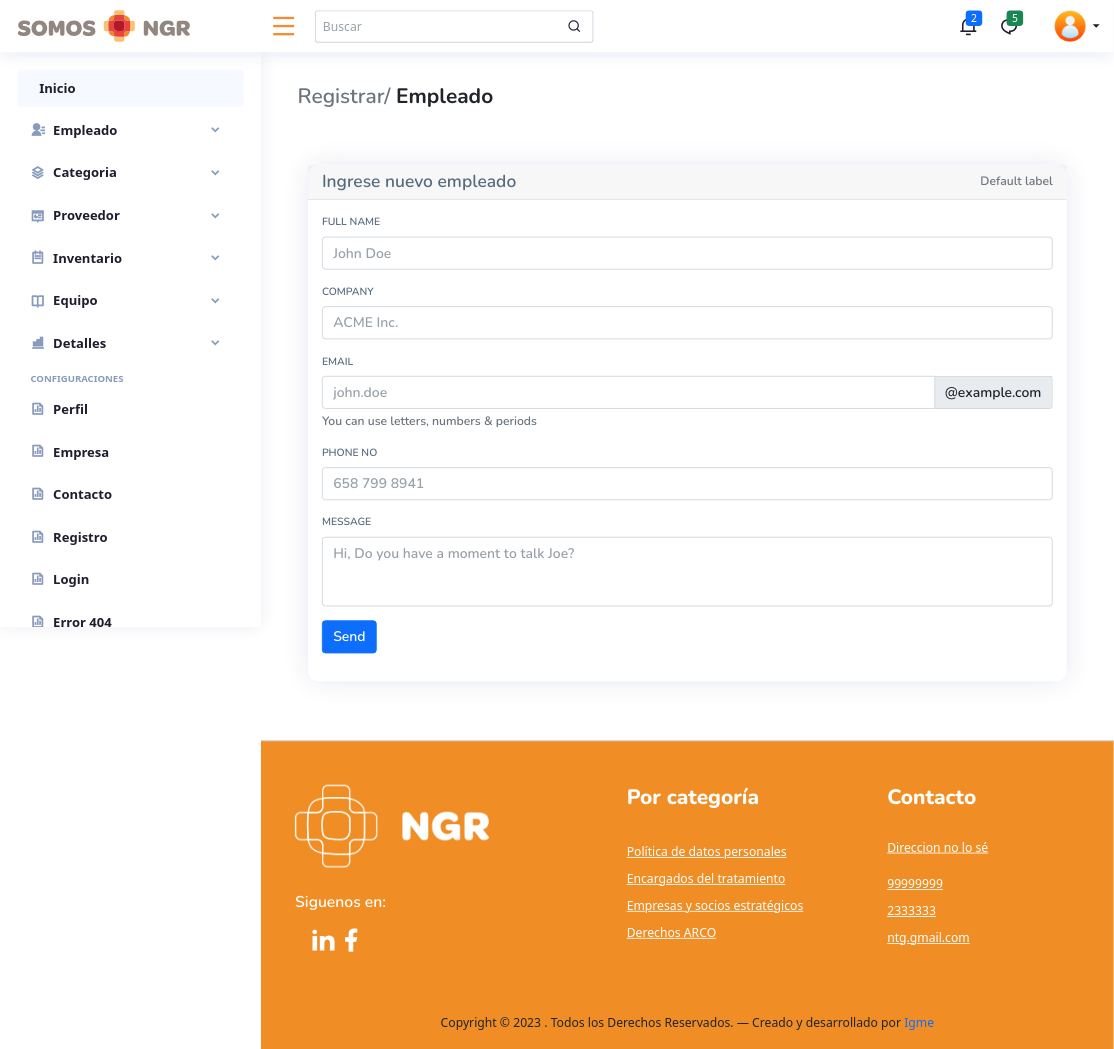
Repository: igmeMarcial/ProyectoLP-2023
Page: http://localhost/proyectoLP_2023/RegistrarEmpleado.jsp
An editor plug-in stored every save of this project. The page is shown before and after the next save, followed by the edit.
The browser window is 1280 px wide. The pictures show the whole page, at 87% of full size.
Some web fonts or font styles are not loaded; a fallback is used. The page is served by Tomcat 9. Other server files are loaded and not shown. The template is opened directly, without the code that normally fills it, so the values that code supplies are empty.

Above is the page before, as saved 2023-03-23 03:15:21.

### proyectoLP_2023/WebContent/RegistrarEmpleado.jsp
<%@ page language="java" contentType="text/html; charset=ISO-8859-1"
    pageEncoding="ISO-8859-1"%>
<%@taglib uri="http://java.sun.com/jsp/jstl/core" prefix="c" %>
    <!-- para dar formato a las fechas -->
    <%@taglib uri="http://java.sun.com/jsp/jstl/fmt" prefix="fmt" %>
<!DOCTYPE >
<html>
	<head>
		<meta charset="UTF-8" />
		<meta http-equiv="X-UA-Compatible" content="IE=edge" />
		<meta name="viewport" content="width=device-width, initial-scale=1.0" />
		<link rel="stylesheet" type="text/css" href="./css/nuevoEmpleado.css" />
		<link rel="preconnect" href="https://fonts.googleapis.com" />
		<link rel="preconnect" href="https://fonts.gstatic.com" crossorigin />
		<link href="https://fonts.googleapis.com/css2?family=Playball&display=swap" rel="stylesheet" />

		<link rel="preconnect" href="https://fonts.googleapis.com" />
		<link rel="preconnect" href="https://fonts.gstatic.com" crossorigin />
		<link href="https://fonts.googleapis.com/css2?family=Nunito:ital,wght@0,600;0,700;0,800;1,700&display=swap" rel="stylesheet" />

		<link rel="preconnect" href="https://fonts.googleapis.com" />
		<link rel="preconnect" href="https://fonts.gstatic.com" crossorigin />
		<link href="https://fonts.googleapis.com/css2?family=Roboto:wght@300;400;500;700;900&display=swap" rel="stylesheet" />
		<link rel="stylesheet" type="text/css" href="./css/main.css" />
		<link href="https://cdn.jsdelivr.net/npm/bootstrap@5.0.2/dist/css/bootstrap.min.css" rel="stylesheet" integrity="sha384-EVSTQN3/azprG1Anm3QDgpJLIm9Nao0Yz1ztcQTwFspd3yD65VohhpuuCOmLASjC" crossorigin="anonymous" />
		<link href="https://cdn.jsdelivr.net/npm/remixicon@2.5.0/fonts/remixicon.css" rel="stylesheet" />
		<title>Principal</title>
	</head>
	<body>
		<!-- ======= Header(Cabezera) ======= -->
		<header id="header" class="header fixed-top d-flex align-items-center">
			<div class="d-flex align-items-center justify-content-between">
				<a href="Main.jsp" class="logo d-flex align-items-center text-decoration-none">
					<img class="logoImg1 d-none d-lg-block" src="./img/logo-somosngr.svg" alt="" />
					<img class="logoImg2 d-block d-lg-none" src="./img/logo-ngr.png" alt="" />
					<span class="d-none d-lg-block"></span>
				</a>
				<i class="ri-menu-line toggle-sidebar-btn"></i>
			</div>
			<!-- Fin Logo -->
			<!-- Input para Buscar jeje-->
			<div class="search-bar">
				<form class="search-form d-flex align-items-center my-auto" method="POST" action="#">
					<input type="text" name="query" placeholder="Buscar" title="Enter search keyword" />
					<button type="submit" title="Buscar"><i class="ri-search-line"></i></button>
				</form>
			</div>
			<!-- Fin Buscar  -->

			<nav class="header-nav ms-auto">
				<ul class="d-flex align-items-center">
					<li class="nav-item d-block d-lg-none">
						<a class="nav-link nav-icon search-bar-toggle p-0" href="#">
							<i class="ri-search-line"></i>
						</a>
					</li>
					<!-- Fin Buscar Icon-->

					<li class="nav-item dropdown">
						<a class="nav-link nav-icon p-0" href="#" data-bs-toggle="dropdown" id="noti" aria-expanded="false">
							<i class="ri-notification-3-line"></i>
							<span class="badge bg-primary badge-number">2</span>
						</a>
						<!-- End Notification Icon -->
						<ul class="dropdown-menu dropdown-menu-end dropdown-menu-arrow notificaciones" aria-labelledby="noti">
							<li><a class="dropdown-item" href="#">Action</a></li>
							<li><a class="dropdown-item" href="#">Another action</a></li>
							<li><a class="dropdown-item" href="#">Something else here</a></li>
						</ul>
						<!-- Final notificación Dropdown Items -->
					</li>
					<!-- Final Notification Nav -->

					<li class="nav-item dropdown">
						<a class="nav-link nav-icon p-0" href="#" data-bs-toggle="dropdown">
							<i class="ri-chat-1-line"></i>
							<span class="badge bg-success badge-number">5</span>
						</a>
						<!-- Final mensajes Icon -->

						<ul class="dropdown-menu dropdown-menu-end dropdown-menu-arrow messages">
							<li><a class="dropdown-item" href="#">Action</a></li>
							<li><a class="dropdown-item" href="#">Another action</a></li>
							<li><a class="dropdown-item" href="#">Something else here</a></li>
						</ul>
						<!-- Final Mensajes Dropdown Items -->
					</li>
					<!--Final Mensajes Nav -->

					<li class="nav-item dropdown pe-3">
						<a class="nav-link nav-profile d-flex align-items-center pe-0" href="#" data-bs-toggle="dropdown">
							<img src="./img/userImg.png" alt="Profile" class="rounded-circle" />
							<span class="d-none d-md-block dropdown-toggle ps-2">${user}</span>
						</a>
						<!-- End Profile Iamge Icon -->

						<ul class="dropdown-menu dropdown-menu-end dropdown-menu-arrow profile">
							<li class="dropdown-header">
								<h6>${user}</h6>
								<span>${email}</span>
							</li>
							<li>
								<hr class="dropdown-divider" />
							</li>

							<li>
								<a class="dropdown-item d-flex align-items-center" href="perfil.jsp">
									<i class="ri-settings-2-line"></i>
									<span>My Perfil</span>
								</a>
							</li>
							<li>
								<hr class="dropdown-divider" />
							</li>

							<li>
								<a class="dropdown-item d-flex align-items-center" href="perfil.jsp">
									<i class="ri-settings-2-line"></i>
									<span>Configuración</span>
								</a>
							</li>
							<li>
								<hr class="dropdown-divider" />
							</li>

							<li>
								<a class="dropdown-item d-flex align-items-center" href="perfil.jsp">
									<i class="ri-settings-2-line"></i>
									<span>Ayuda?</span>
								</a>
							</li>
							<li>
								<hr class="dropdown-divider" />
							</li>

							<li>
								<a class="dropdown-item d-flex align-items-center" href="ControladorUsuario?accion=Salir">
									<i class="ri-settings-2-line"></i>
									<span>Salir</span>
								</a>
							</li>
						</ul>
						<!-- Final Perfil Dropdown Items -->
					</li>
					<!--Final Profile Nav -->
				</ul>
			</nav>
			<!-- Final Icons Navigation -->
		</header>

		<!-- Final Header -->
		<aside id="sidebar" class="sidebar">
			<ul class="sidebar-nav" id="sidebar-nav">
				<li class="nav-item">
					<a class="nav-link" href="Main.jsp">
						<i class="bi bi-grid"></i>
						<span>Inicio</span>
					</a>
				</li>
				<!-- final Dashboard Nav -->

				<li class="nav-item">
					<a class="nav-link collapsed" data-bs-target="#employes-nav" data-bs-toggle="collapse" href="#"> <i class="ri-contacts-fill"></i><span>Empleado</span><i class="ri-arrow-down-s-line ms-auto"></i> </a>
					<ul id="employes-nav" class="nav-content collapse" data-bs-parent="#sidebar-nav">
						<li>
							<a href="ControladorCrud?accion=registrarEmpleado"> <i class="ri-group-fill"></i><span>Agregar Nuevo Empleado</span> </a>
						</li>
						<li>
							<a href="ControladorCrud?accion=listarEmpleados"> <i class="ri-group-fill"></i><span>Listar Empleados</span> </a>
						</li>
					</ul>
				</li>
				<!-- Final componentes Nav -->

				<li class="nav-item">
					<a class="nav-link collapsed" data-bs-target="#category-nav" data-bs-toggle="collapse" href="#"> <i class="ri-stack-line"></i><span>Categoria</span><i class="ri-arrow-down-s-line ms-auto"></i> </a>
					<ul id="category-nav" class="nav-content collapse" data-bs-parent="#sidebar-nav">
						<li>
							<a href="#"> <i class="bi bi-circle"></i><span>Agregar nuevo Categoria</span> </a>
						</li>
						<li>
							<a href="#"> <i class="bi bi-circle"></i><span>Listar Categorias</span> </a>
						</li>
					</ul>
				</li>
				<!-- Final Formulario Nav -->

				<li class="nav-item">
					<a class="nav-link collapsed" data-bs-target="#provaider-nav" data-bs-toggle="collapse" href="#"> <i class="ri-slideshow-line"></i><span>Proveedor</span><i class="ri-arrow-down-s-line ms-auto"></i> </a>
					<ul id="provaider-nav" class="nav-content collapse" data-bs-parent="#sidebar-nav">
						<li>
							<a href="#"> <i class="bi bi-circle"></i><span>Agregar nuevo Proveedor</span> </a>
						</li>
						<li>
							<a href="#"> <i class="bi bi-circle"></i><span>Listar Proveedores</span> </a>
						</li>
					</ul>
				</li>
				<!-- End Tables Nav -->

				<li class="nav-item">
					<a class="nav-link collapsed" data-bs-target="#inventory-nav" data-bs-toggle="collapse" href="#"> <i class="ri-todo-line"></i><span>Inventario</span><i class="ri-arrow-down-s-line ms-auto"></i> </a>
					<ul id="inventory-nav" class="nav-content collapse" data-bs-parent="#sidebar-nav">
						<li>
							<a href="#"> <i class="bi bi-circle"></i><span>Agregar Inventario Nuevo</span> </a>
						</li>
						<li>
							<a href="#"> <i class="bi bi-circle"></i><span>Listar Inventarios</span> </a>
						</li>
					</ul>
				</li>
				<!-- End Charts Nav -->

				<li class="nav-item">
					<a class="nav-link collapsed" data-bs-target="#team-nav" data-bs-toggle="collapse" href="#"> <i class="ri-book-open-line"></i><span>Equipo</span><i class="ri-arrow-down-s-line ms-auto"></i> </a>
					<ul id="team-nav" class="nav-content collapse" data-bs-parent="#sidebar-nav">
						<li>
							<a href="icons-bootstrap.html"> <i class="bi bi-circle"></i><span>Agregar nuevo Equipo</span> </a>
						</li>
						<li>
							<a href="icons-remix.html"> <i class="bi bi-circle"></i><span>Listar Equipos</span> </a>
						</li>
					</ul>
				</li>
				<!-- Final iconos Nav -->
				<li class="nav-item">
					<a class="nav-link collapsed" data-bs-target="#details-nav" data-bs-toggle="collapse" href="#"> <i class="ri-numbers-line"></i><span>Detalles</span><i class="ri-arrow-down-s-line ms-auto"></i> </a>
					<ul id="details-nav" class="nav-content collapse" data-bs-parent="#sidebar-nav">
						<li>
							<a href="icons-bootstrap.html"> <i class="bi bi-circle"></i><span>Entradas</span> </a>
						</li>
						<li>
							<a href="icons-remix.html"> <i class="bi bi-circle"></i><span>Salidas</span> </a>
						</li>
					</ul>
				</li>
				<!-- Final iconos Nav -->

				<li class="nav-heading">Configuraciones</li>

				<li class="nav-item">
					<a class="nav-link collapsed" href="perfil.jsp">
						<i class="ri-file-chart-line"></i>
						<span>Perfil</span>
					</a>
				</li>
				<!-- Final Profile Page Nav -->

				<li class="nav-item">
					<a class="nav-link collapsed" href="#">
						<i class="ri-file-chart-line"></i>
						<span>Empresa</span>
					</a>
				</li>
				<!-- End F.A.Q Page Nav -->

				<li class="nav-item">
					<a class="nav-link collapsed" href="#">
						<i class="ri-file-chart-line"></i>
						<span>Contacto</span>
					</a>
				</li>
				<!-- Final Contact Page Nav -->

				<li class="nav-item">
					<a class="nav-link collapsed" href="#">
						<i class="ri-file-chart-line"></i>
						<span>Registro</span>
					</a>
				</li>
				<!-- Final Registro Page Nav -->

				<li class="nav-item">
					<a class="nav-link collapsed" href="#">
						<i class="ri-file-chart-line"></i>
						<span>Login</span>
					</a>
				</li>
				<!-- Final Login Page Nav -->

				<li class="nav-item">
					<a class="nav-link collapsed" href="#">
						<i class="ri-file-chart-line"></i>
						<span>Error 404</span>
					</a>
				</li>
			</ul>
		</aside>

		<!-- Final Sidebar-->
		<!-- ======= Contenido principal======= -->
<main id="main" class="main main-nuevoEmpleado">
	<div class="content-wrapper">
		<div class="container-xxl flex-grow-1 container-p-y">
			<h4 class="fw-bold py-3 mb-4"><span class="text-muted fw-light">Registrar/</span> Empleado</h4>
			<div class="container-fluid py-4 responsive-container">
				<div class="row">
					<div class="col-xl">
						<div class="card mb-4">
							<div class="card-header d-flex justify-content-between align-items-center">
								<h5 class="mb-0">Ingrese nuevo empleado</h5>
								<small class="text-muted float-end">Default label</small>
							</div>
							<div class="card-body">
								<form>
									<div class="mb-3">
										<label class="form-label" for="basic-default-fullname">Full Name</label>
										<input type="text" class="form-control" id="basic-default-fullname" placeholder="John Doe" />
									</div>
									<div class="mb-3">
										<label class="form-label" for="basic-default-company">Company</label>
										<input type="text" class="form-control" id="basic-default-company" placeholder="ACME Inc." />
									</div>
									<div class="mb-3">
										<label class="form-label" for="basic-default-email">Email</label>
										<div class="input-group input-group-merge">
											<input type="text" id="basic-default-email" class="form-control" placeholder="john.doe" aria-label="john.doe" aria-describedby="basic-default-email2" />
											<span class="input-group-text" id="basic-default-email2">@example.com</span>
										</div>
										<div class="form-text">You can use letters, numbers & periods</div>
									</div>
									<div class="mb-3">
										<label class="form-label" for="basic-default-phone">Phone No</label>
										<input type="text" id="basic-default-phone" class="form-control phone-mask" placeholder="658 799 8941" />
									</div>
									<div class="mb-3">
										<label class="form-label" for="basic-default-message">Message</label>
										<textarea id="basic-default-message" class="form-control" placeholder="Hi, Do you have a moment to talk Joe?"></textarea>
									</div>
									<button type="submit" class="btn btn-primary">Send</button>
								</form>
							</div>
						</div>
					</div>
				</div>
			</div>
		</div>
	</div>
</main>



		<!-- ======= Footer ======= -->

		<footer id="footer" class="footer">
			<div class="site-footer">
				<div class="container">
					<div class="row justify-content-around">
						<div class="col-lg-4">
							<div class="widget">
								<img src="./img/logo-ngr-white.png" />
							</div>
							<!-- /.widget -->
							<div class="widget socialContent">
								<h3>Siguenos en:</h3>
								<div class="social d-flex justify-content-start align-items-center px-3">
									<div>
										<a><i class="ri-linkedin-fill"></i></a>
									</div>
									<div>
										<a><i class="ri-facebook-fill"></i></a>
									</div>
								</div>
							</div>
							<!-- /.widget -->
						</div>
						<!-- /.col-lg-3 -->

						<div class="col-lg-3 ml-auto">
							<div class="widget text-start link-container-footer">
								<h3 class="footer-subTitle">Por categoría</h3>
								<ul class="list-unstyled float-left links">
									<li><a class="links" href="#">Política de datos personales</a></li>
									<li><a class="links" href="#"> Encargados del tratamiento</a></li>
									<li><a class="links" href="#">Empresas y socios estratégicos</a></li>
									<li><a class="links" href="#">Derechos ARCO</a></li>
								</ul>
							</div>
							<!-- /.widget -->
						</div>
						<!-- /.col-lg-3 -->

						<div class="col-lg-3">
							<div class="widget text-start">
								<h3 class="footer-subTitle">Contacto</h3>
								<address class="links">Direccion no lo sé</address>
								<ul class="list-unstyled links mb-4">
									<li><a class="links" href="#">99999999</a></li>
									<li><a class="links" href="#">2333333</a></li>
									<li><a class="links" href="#">ntg.gmail.com</a></li>
								</ul>
							</div>
							<!-- /.widget -->
						</div>
						<!-- /.col-lg-3 -->
					</div>
					<!-- /.row -->

					<div class="row mt-5">
						<div class="col-12 text-center">
							<p class="mb-0">
								Copyright &copy;
								<script>
									document.write(new Date().getFullYear());
								</script>
								. Todos los Derechos Reservados. &mdash; Creado y desarrollado por <a href="#">Igme</a>
								<!-- License information: igmreGroup -->
							</p>
						</div>
					</div>
					<!-- /.container -->
				</div>
				<!-- /.site-footer -->
			</div>
		</footer>
		<!-- End Footer -->

		<a href="#" class="back-to-top d-flex align-items-center justify-content-center"><i class="bi bi-arrow-up-short"></i></a>
		<!-- Sistema JS Files -->

		<script src="https://cdn.jsdelivr.net/npm/bootstrap@5.0.2/dist/js/bootstrap.bundle.min.js" integrity="sha384-MrcW6ZMFYlzcLA8Nl+NtUVF0sA7MsXsP1UyJoMp4YLEuNSfAP+JcXn/tWtIaxVXM" crossorigin="anonymous"></script>
		<script src="./script/main.js" type="text/javascript"></script>
	</body>
</html>

### proyectoLP_2023/WebContent/css/nuevoEmpleado.css

.main-nuevoEmpleado{
	font-family: 'Nunito', sans-serif;
}
h5{
	    font-weight: 500;
    line-height: 1.1;
    color: #566a7f;
}
.float-end {
    float: right !important;
}

.text-muted {
    --bs-text-opacity: 1;
    color: #a1acb8 !important;
}
.form-label, .col-form-label {
    font-size: 0.75rem;
    text-transform: uppercase;
    letter-spacing: inherit;
}

.form-label {
    margin-bottom: 0.5rem;
    font-size: 0.75rem;
    font-weight: 500;
    color: #566a7f;
}
.form-text {
    margin-top: 0.3rem;
    font-size: 85%;
    color: #b4bdc6;
}

.input-group-merge .input-group-text:last-child {
    border-left: 0;
}
.input-group-text {
    transition: border-color 0.15s ease-in-out, box-shadow 0.15s ease-in-out;
}
.input-group-text {
    background-clip: padding-box;
}

::-webkit-input-placeholder {
    color:    #999;
}
:-moz-placeholder {
    color:    #999;
}
::-moz-placeholder {
    color:    #999;
}
:-ms-input-placeholder {
    color:    #999;
}

/* Cambio de color de placeholder*/

input::-webkit-input-placeholder,
textarea::-webkit-input-placeholder
{
  color:   #99A1AA !important;
  opacity: 1 !important;
}

input:-moz-placeholder,
textarea:-moz-placeholder
{
  color:   #99A1AA !important;
   opacity: 1 !important;
}

input::-moz-placeholder,
textarea::-moz-placeholder
{
  color:   #99A1AA !important;
   opacity: 1 !important;
}

input:-ms-input-placeholder,
textarea:-ms-input-placeholder
{
  color:    #99A1AA !important;
   opacity: 1 !important;
}

#emailNuevo{
	border-right:0 !important;
	 border-top-right-radius: 0px !important;
    border-bottom-right-radius: 0px !important;
}

.inputCustom{

    background-color: rgba(22, 24, 35, 0.06);
    border: 1px solid rgba(22, 24, 35, 0.12);
    padding-inline-start: 12px;
    color: rgb(22, 24, 35);
    line-height: 100%;
    outline: none;
    font-size: 16px;
    height: 44px;
    caret-color: #f08d33;
    width: 100%;
    padding-inline-end: unset;

    background-color: rgb(255, 255, 255)!important;
    border-color: #EBEDF5 !important;


    border-top-right-radius: 8px !important;
    border-bottom-right-radius: 8px !important;

    border-left:0 !important;
}
.inputCustom:focus{
	box-shadow:none !important;
}
.labelCustom{
	 border-top-left-radius: 8px !important;
    border-bottom-left-radius: 8px !important;
     background-color: rgb(255, 255, 255)!important;
      border-color: #EBEDF5 !important;
       border-right:0 !important;
}
.labelCustomEmail{
	 border-top-right-radius: 8px !important;
    border-bottom-right-radius: 8px !important;
    background-color: rgb(255, 255, 255)!important;
      border-color: #EBEDF5 !important;
       border-left:0 !important;
}

textarea{
	height: 80px !important;
	resize:none !important;
}


.card{
	    border: 0 solid #d9dee3 !important;
	    border-radius: 12px !important;
}

.formHeader{
	padding: 1.5rem 1.5rem !important;
    margin-bottom: 0 !important;
    background-color: transparent !important;
    border-bottom: 0 solid #d9dee3 !important;

        border-color: #d9dee3 !important;
              border-radius: 0.5rem 0.5rem 0 0 !important;

       border-top-left-radius: 12px !important;
        border-top-right-radius: 12px !important;
}


.input-group-merge:focus-within .borderColorInput{
	border-color: #f08d33 !important;
}

#menuSelect fieldset {
      border: 0;
    }
#menuSelect label {
      display: block;
      margin: 30px 0 0 0;
 }
#menuSelect .overflow {
    height: 200px;
}
.inputSelectMenu{
	transition: opacity .15s ease-in;
}








@media (max-width: 750px){
.main-nuevoEmpleado{
	padding-right: 0 !important;
    padding-left: 0 !important;
}
.responsive-container{
	padding-right: 0 !important;
    padding-left: 0 !important;
}
	}

Loaded but not shown: proyectoLP_2023/WebContent/img/logo-somosngr.svg (22 lines, source omitted); proyectoLP_2023/WebContent/script/main.js (27 lines, source omitted); proyectoLP_2023/WebContent/css/main.css (1076 lines, source omitted)

After the next save:
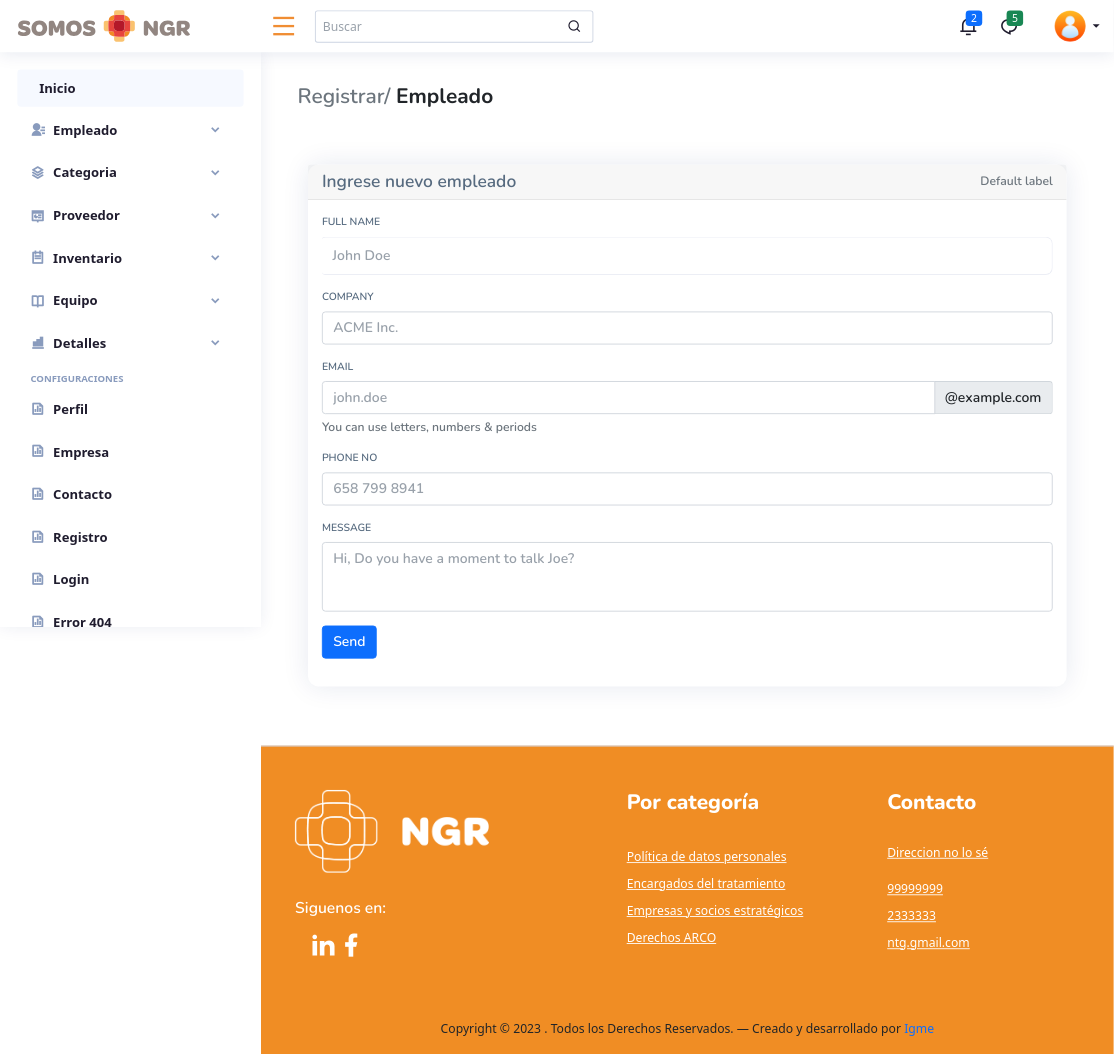
Saved 42 min 57 s later.
--- a/proyectoLP_2023/WebContent/RegistrarEmpleado.jsp
+++ b/proyectoLP_2023/WebContent/RegistrarEmpleado.jsp
@@ -305,7 +305,7 @@
 								<form>
 									<div class="mb-3">
 										<label class="form-label" for="basic-default-fullname">Full Name</label>
-										<input type="text" class="form-control" id="basic-default-fullname" placeholder="John Doe" />
+										<input type="text" class="form-control inputCustom" id="basic-default-fullname" placeholder="John Doe" />
 									</div>
 									<div class="mb-3">
 										<label class="form-label" for="basic-default-company">Company</label>
